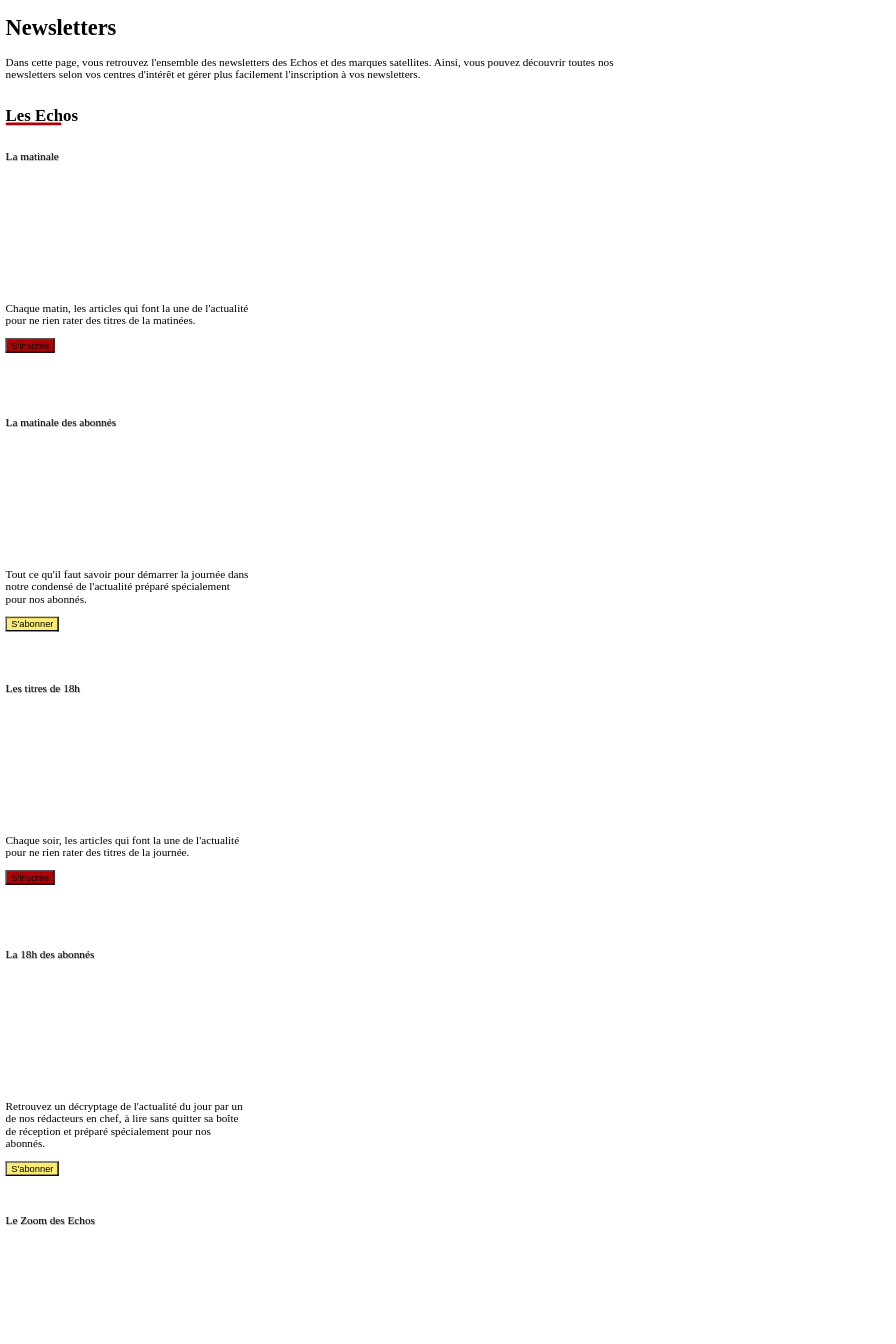
Repository: JeremyBeherec/technical-test-les-echos
Page: /
These files come from the project's save history. The page is drawn as it stood at one moment and after the next save; the edit follows.
The browser window is 1280 px wide. The pictures show the part of the page from y = 0 to 1920 px (the page is 3694 px tall before and 3646 px after), at 70% of full size.
The project was rebuilt for these pictures with package versions that can differ from the ones it lists, and the page was loaded fresh each time. Also part of the build but not shown: vite.config.ts.

Above is the page before, as saved 2024-04-17 16:46:35.

After the next save:
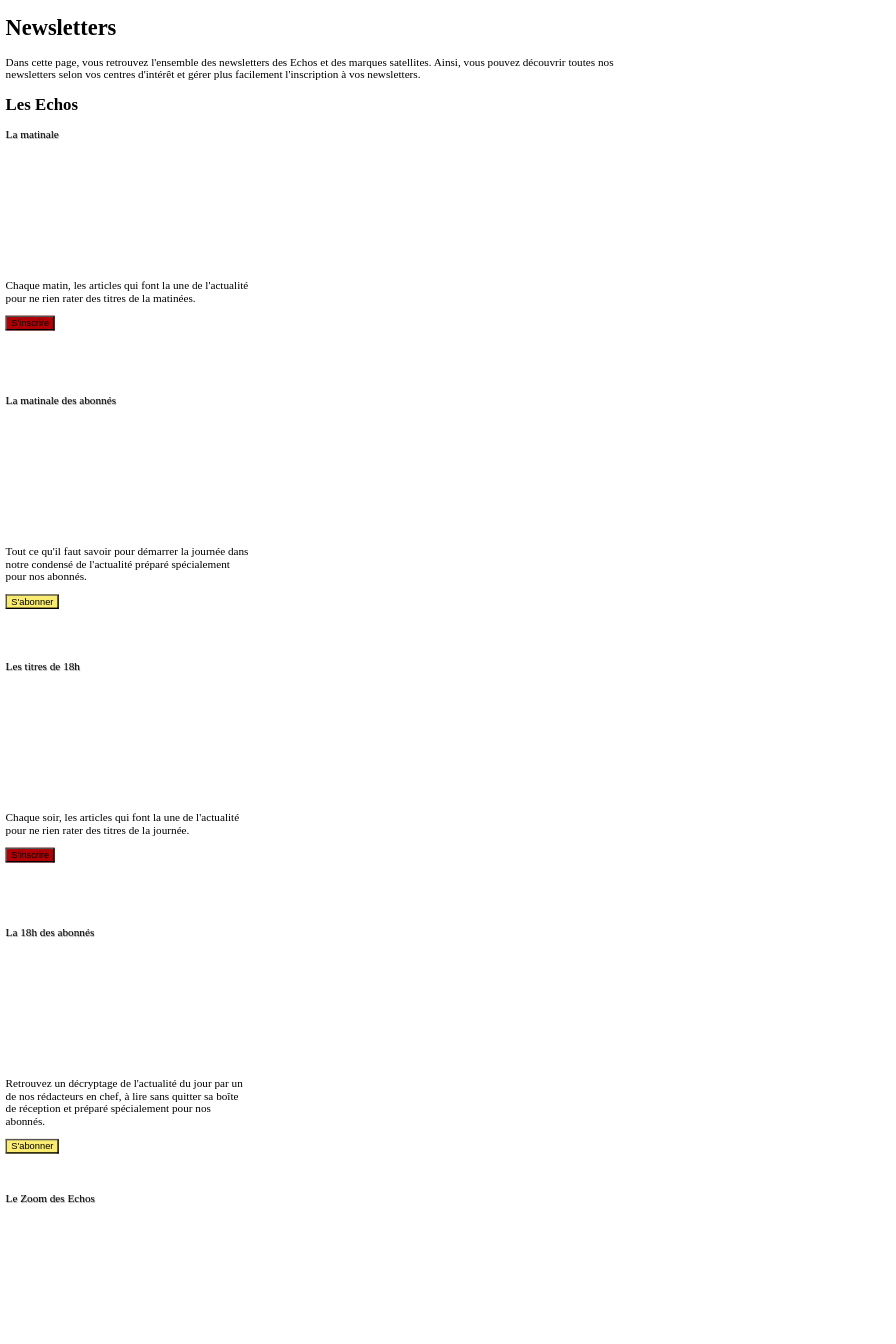
Saved 11 s later.
--- a/src/components/pages/Newsletters/Newsletters.css
+++ b/src/components/pages/Newsletters/Newsletters.css
@@ -16,13 +16,13 @@
   }
 }
 
-.text-with-border {
+.heading-with-border {
   display: inline-block;
   position: relative;
   height: 150%;
 }
 
-.text-with-border::after {
+.heading-with-border::after {
   content: "";
   position: absolute;
   bottom: 0;

After the save that followed:
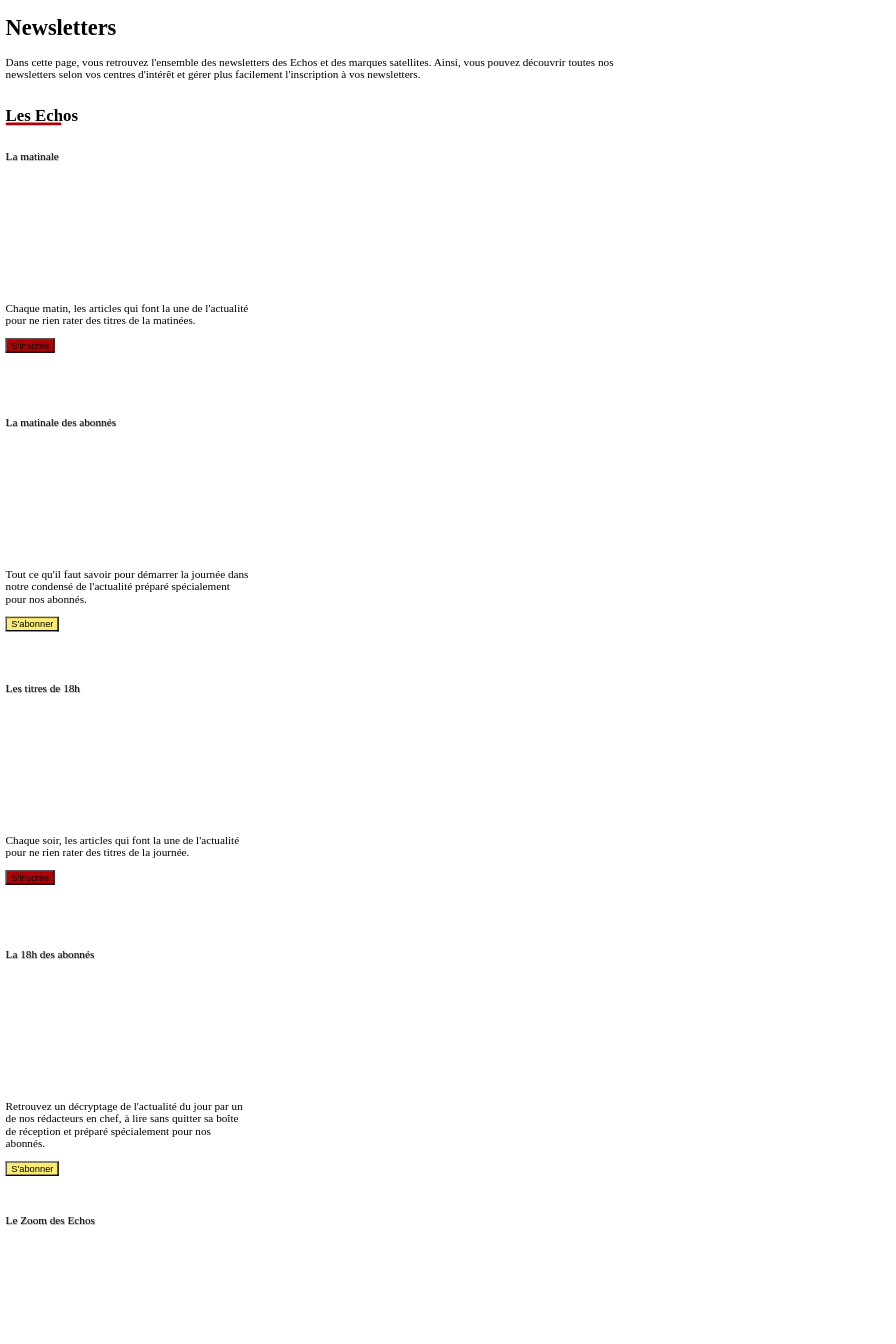
Saved 4 s later.
--- a/src/components/pages/Newsletters/Newsletters.tsx
+++ b/src/components/pages/Newsletters/Newsletters.tsx
@@ -13,7 +13,7 @@
 
         <main className="flex flex-col gap-12">
           <section className="flex flex-col gap-6">
-            <Heading variant="h2" className="text-with-border">Les Echos</Heading>
+            <Heading variant="h2" className="heading-with-border">Les Echos</Heading>
 
             <div className="flex gap-8 flex-wrap justify-around">
               {lesEchos.map(newsletter => (
@@ -29,7 +29,7 @@
           </section>
 
           <section className="flex flex-col gap-6">
-            <Heading variant="h2" className="text-with-border">Investir</Heading>
+            <Heading variant="h2" className="heading-with-border">Investir</Heading>
 
             <div className="flex gap-4 flex-wrap justify-around">
               {investments.map(newsletter => (
